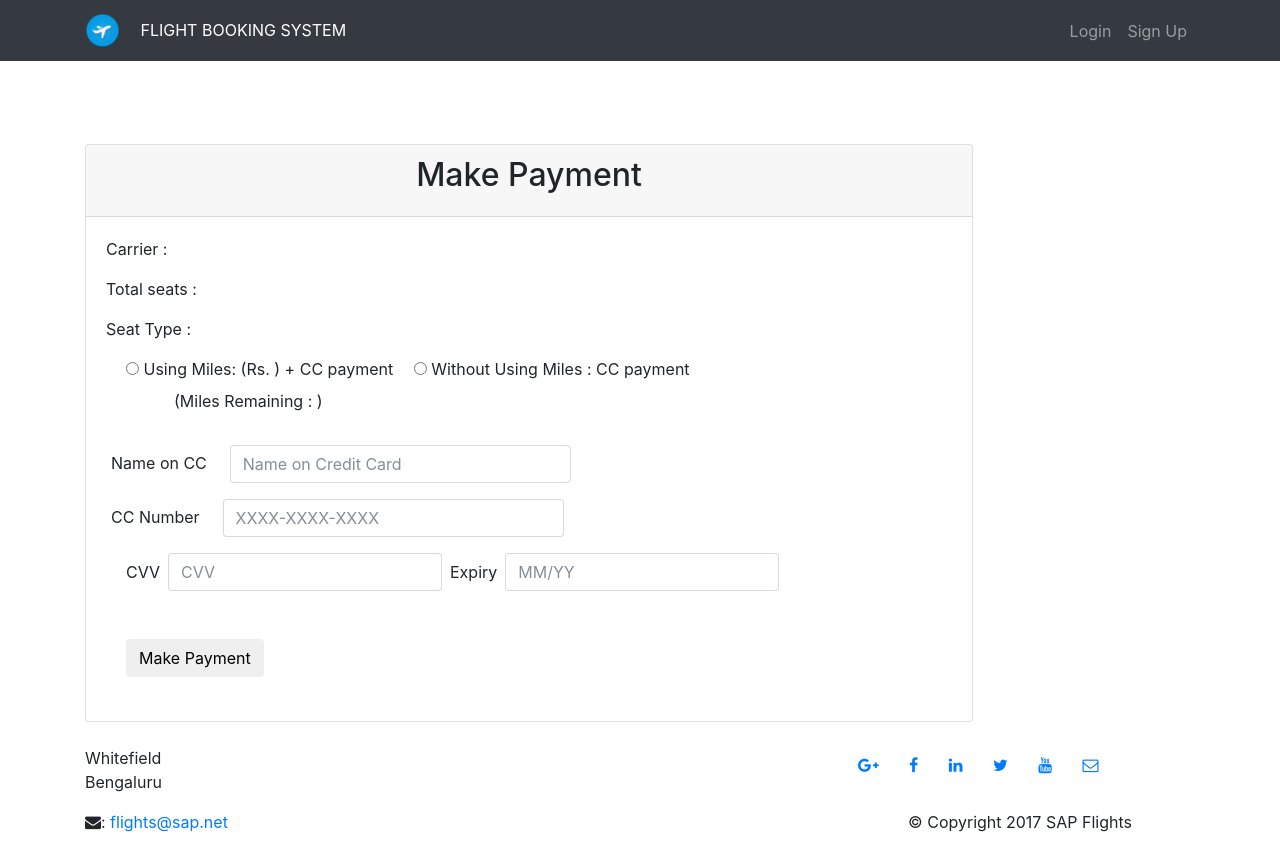
Repository: yashtatia/Spring-Practice
Page: http://localhost/FitnessTracker/WEB-INF/jsp/makePayment.jsp
The author's editor kept a copy of each file at every save. The page is drawn from the files as they stood at one save, then again after the next save.
The browser window is 1280 px wide. The pictures show the whole page.
Some web libraries are served in a nearby version. The page is served by Tomcat 9. Nobody is signed in. The template is opened directly, without the code that normally fills it, so the values that code supplies are empty.

Above is the page before, as saved 2017-09-06 08:58:16.
Console error: SyntaxError: Unexpected token ';'

After the next save:
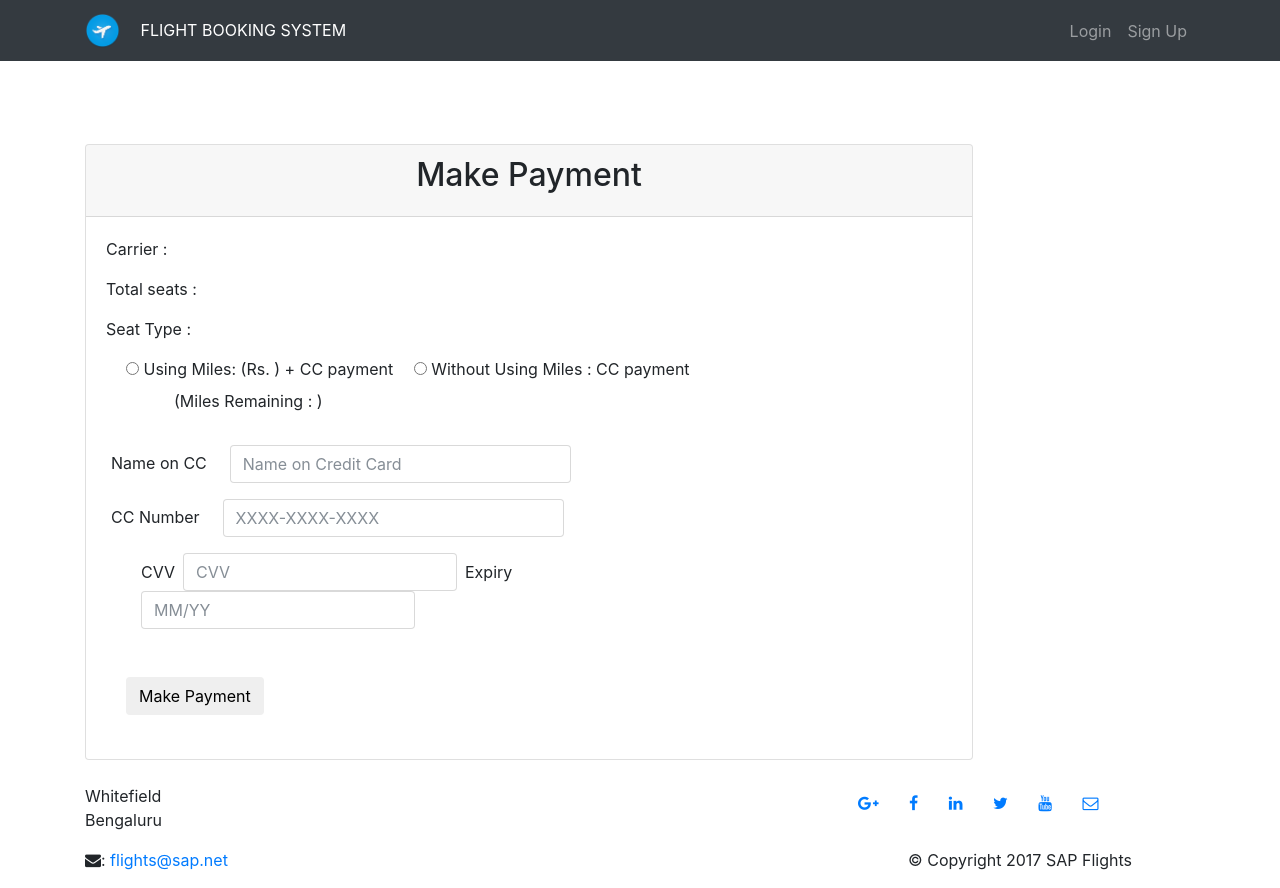
Saved 22 s later.
--- a/FitnessTracker/src/main/webapp/WEB-INF/jsp/makePayment.jsp
+++ b/FitnessTracker/src/main/webapp/WEB-INF/jsp/makePayment.jsp
@@ -51,7 +51,7 @@
 							      <form:input path="cc_number" type="text" name="cc_number" id="cc_number" placeholder="XXXX-XXXX-XXXX" class="form-control" style="max-width: 50%;" />
 							    </div>
 							</div>
-							<div class="form-inline">
+							<div class="form-inline col-6">
 								<label class="mr-sm-2 mb-0" for="cc_cvv`">CVV</label>
 									<form:input path="cc_cvv" type="password" name="cc_cvv" id="cc_cvv" placeholder="CVV"  class="form-control mr-sm-2 mb-2 mb-sm-0" />
 								<label class="mr-sm-2 mb-0" for="cc_expiry">Expiry</label>
